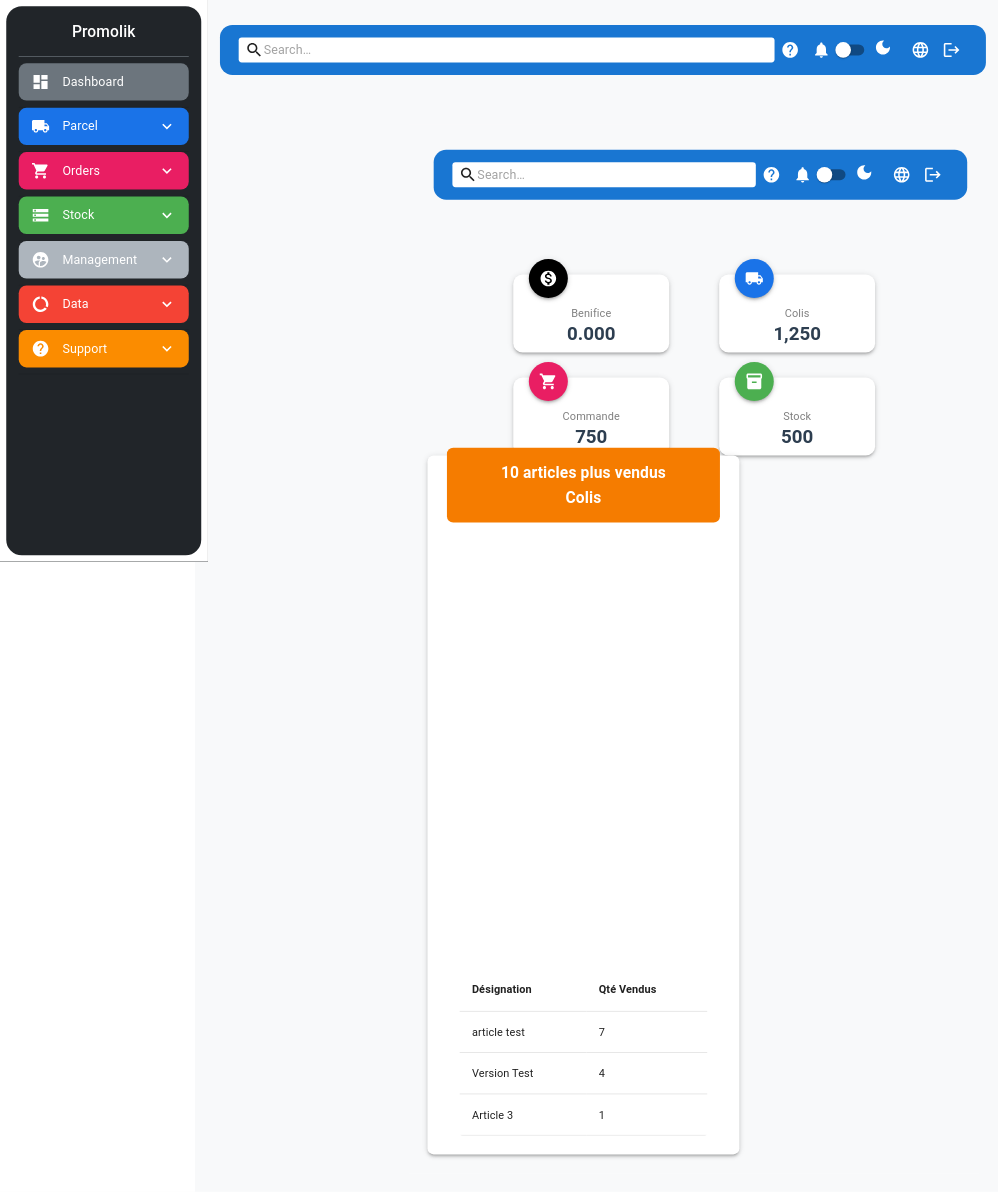
Repository: yosrjdly/stk
Page: /dashboard (app in dashboard/)
An editor plug-in stored every save of this project. The page is shown before and after the next save, followed by the edit.
The browser window is 1280 px wide. The pictures show the whole page, at 78% of full size.
The project was rebuilt for these pictures with package versions that can differ from the ones it lists, and the page was loaded fresh each time. The framework's server and built-in components were replaced by stand-ins that run in the browser. Also part of the build but not shown: dashboard/next.config.ts.

Above is the page before, as saved 2025-02-14 18:25:14.

### dashboard/src/app/dashboard/Layout.tsx
"use client";

import { Box, CssBaseline, Toolbar } from "@mui/material";
import Sidebar from "../../componenets/sidebar/SideBar";
import Navbar from "../../componenets/navbar/Navbar"; // Assuming you have a Navbar component
import { ReactNode } from "react";

interface LayoutProps {
  children: ReactNode;
}

export default function Layout({ children }: LayoutProps) {
  return (
    <Box sx={{ display: "flex" }}>
      <CssBaseline />

      {/* Sidebar (Permanent) */}
      <Sidebar />

      {/* Main Content Area */}
      <Box
        component="main"
        sx={{

          flexGrow: 1,
          p: 3,
          width: `calc(100% - 250px)`, // Adjusting main content width to fit sidebar
          backgroundColor: "#f8f9fa",
          minHeight: "100vh",
        }}
      >
        {/* Navbar */}
        <Navbar />

        {/* Page Content */}
        <Toolbar /> {/* Keeps content from being hidden behind Navbar */}
        {children}
      </Box>
    </Box>
  );
}

### dashboard/src/app/dashboard/page.tsx
import DashboardStats from "@/componenets/cards/smallCard/StatisticCard";
import Layout from "../dashboard/Layout";
import TopSellingCard from "@/componenets/cards/mediumCard/TopSellingCard";

export default function DashboardHome() {
  return (
    <Layout>
    <DashboardStats/>
    <TopSellingCard/>
    </Layout>
  );
}

### dashboard/src/componenets/sidebar/SideBar.tsx
"use client";

import { useState } from "react";
import { useRouter, usePathname } from "next/navigation";
import {
  Drawer,
  List,
  ListItemButton,
  ListItemText,
  Collapse,
  Divider,
  Typography,
  Box,
  IconButton,
} from "@mui/material";
import { ExpandLess, ExpandMore, Brightness4, Brightness7 } from "@mui/icons-material";
import DashboardIcon from '@mui/icons-material/Dashboard';
import LocalShippingIcon from '@mui/icons-material/LocalShipping';
import ShoppingCartIcon from '@mui/icons-material/ShoppingCart';
import StorageIcon from '@mui/icons-material/Storage';
import SupervisedUserCircleIcon from '@mui/icons-material/SupervisedUserCircle';
import DataUsageIcon from '@mui/icons-material/DataUsage';
import HelpIcon from '@mui/icons-material/Help';

const menuItems = [
  {
    title: "Dashboard",
    path: "/dashboard",
    color: "#6c757d",
    icon: <DashboardIcon />,
  },
  {
    title: "Parcel",
    subItems: [
      { title: "Exchange List", path: "/dashboard/parcel/exchangeList" },
      { title: "Exchange Return", path: "/dashboard/parcel/exchangeReturn" },
      { title: "Exchange Creation", path: "/dashboard/parcel/exchangeCreation" },
      { title: "Package Creation", path: "/dashboard/parcel/packageCreation" },
      { title: "Package Edit", path: "/dashboard/parcel/packageEdit" },
      { title: "Package List", path: "/dashboard/parcel/packageList" },
      { title: "Parcel Return", path: "/dashboard/parcel/parcelReturn" },
    ],
    color: "#1a73e8",
    icon: <LocalShippingIcon />,
  },
  {
    title: "Orders",
    subItems: [
      { title: "Cash Sale", path: "/dashboard/orders/cashSale" },
      { title: "Orders", path: "/dashboard/orders/orders" },
    ],
    color: "#e91e63",
    icon: <ShoppingCartIcon />,
  },
  {
    title: "Stock",
    subItems: [
      { title: "Add Article", path: "/dashboard/stock/addArticle" },
      { title: "Entred Stock", path: "/dashboard/stock/entredStock" },
      { title: "Notification", path: "/dashboard/stock/notification" },
      { title: "Stock", path: "/dashboard/stock/stock" },
    ],
    color: "#4caf50",
    icon: <StorageIcon />,
  },
  {
    title: "Management",
    subItems: [
      { title: "Delivery Company", path: "/manegement/deliveryCompany" },
      { title: "Profile", path: "/dashboard/management/profile" },
      { title: "Profit", path: "/dashboard/management/profit" },
      { title: "Spending", path: "/dashboard/management/spending" },
      { title: "User", path: "/dashboard/management/user" },
    ],
    color: "#adb5bd",
    icon: <SupervisedUserCircleIcon />,
  },
  {
    title: "Data",
    subItems: [
      { title: "Archived Parcel", path: "/dashboard/data/archivedParcel" },
      { title: "Command Deleted", path: "/dashboard/data/commandDeleted" },
      { title: "Deleted Parcel", path: "/dashboard/data/deletedParcel" },
      { title: "Inventory Removed", path: "/dashboard/data/inventoryRemoved" },
    ],
    color: "#f44335",
    icon: <DataUsageIcon />,
  },
  {
    title: "Support",
    subItems: [
      { title: "About Us", path: "/dashboard/support/aboutUs" },
      { title: "Claims", path: "/dashboard/support/claims" },
      { title: "User Guide", path: "/dashboard/support/userGuide" },
    ],
    color: "#fb8c00",
    icon: <HelpIcon />,
  },
];

export default function Sidebar() {
  const router = useRouter();
  const pathname = usePathname();
  const [openSections, setOpenSections] = useState<Record<string, boolean>>({});

  const toggleSection = (title: string) => {
    setOpenSections((prev) => ({
      ...prev,
      [title]: !prev[title],
    }));
  };

  return (
    <Drawer variant="permanent" sx={{ width: 250, flexShrink: 0, marginTop: 2 }}>
      <Box sx={{ height: "100%", width: 250, padding: 2, backgroundColor: "#212529", borderRadius: 5, margin: 1 }}>
        <Typography variant="h6" sx={{ color: "white", textAlign: "center", mb: 2 }}>
          Promolik
        </Typography>
        <Divider sx={{ backgroundColor: "#6c757d" }} />
        <List>
          {menuItems.map((item, index) => {
            const isParentActive = item.subItems?.some((subItem) => pathname === subItem.path);

            return (
              <div key={index}>
                {item.subItems ? (
                  <>
                    <ListItemButton
                      sx={{
                        backgroundColor: item.color,
                        borderRadius: "10px",
                        marginBottom: 1,
                        color: "white",
                      }}
                      onClick={() => toggleSection(item.title)}
                    >
                      {item.icon}
                      <ListItemText primary={item.title} sx={{ ml: 2 }} />
                      {openSections[item.title] ? <ExpandLess /> : <ExpandMore />}
                    </ListItemButton>
                    <Collapse in={openSections[item.title]} timeout="auto" unmountOnExit>
                      <List component="div" disablePadding>
                        {item.subItems.map((subItem, subIndex) => (
                          <ListItemButton
                            key={subIndex}
                            sx={{
                              pl: 4,
                              backgroundColor: pathname === subItem.path ? item.color : "transparent",
                              borderRadius: pathname === subItem.path ? "10px" : "0px",
                              marginBottom: 1,
                              color: pathname === subItem.path ? "white" : "#ccc",
                            }}
                            onClick={() => router.push(subItem.path)}
                          >
                            <ListItemText primary={subItem.title} />
                          </ListItemButton>
                        ))}
                      </List>
                    </Collapse>
                  </>
                ) : (
                  <ListItemButton
                    sx={{
                      backgroundColor: pathname === item.path ? item.color : "transparent",
                      borderRadius: pathname === item.path ? "10px" : "0px",
                      marginBottom: 1,
                      color: pathname === item.path ? "white" : "#ccc",
                    }}
                    onClick={() => router.push(item.path)}
                  >
                    {item.icon}
                    <ListItemText primary={item.title} sx={{ ml: 2 }} />
                  </ListItemButton>
                )}
                <Divider />
              </div>
            );
          })}
        </List>
      </Box>
    </Drawer>
  );
}

### dashboard/src/componenets/navbar/Navbar.tsx
'use client';

import React, { useState } from 'react';
import { AppBar, Toolbar, IconButton, InputBase, Menu, MenuItem, Switch, FormControlLabel } from '@mui/material';
import { Search as SearchIcon, Help as HelpIcon, Notifications as NotificationsIcon, Language as LanguageIcon, Logout as LogoutIcon, DarkMode as DarkModeIcon } from '@mui/icons-material';
import { useTheme } from '@mui/material/styles';

const Navbar = () => {
  const [anchorEl, setAnchorEl] = useState(null);
  const [themeMode, setThemeMode] = useState(false); // Dark mode state

  const theme = useTheme();

  const handleMenuOpen = (event) => {
    setAnchorEl(event.currentTarget);
  };

  const handleMenuClose = () => {
    setAnchorEl(null);
  };

  const toggleTheme = () => {
    setThemeMode((prev) => !prev);
    // You can add a theme switcher logic here (like changing the theme color)
  };

  return (
    <AppBar
      position="sticky"
      sx={{
        mx: 1,
        mt: 1,
        borderRadius: '16px',
        boxShadow: 'none',
        backdropFilter: 'blur(10ppx',
        zIndex: 1200,
      }}
    >
      <Toolbar>
        {/* Search Bar */}
        <InputBase
          placeholder="Search…"
          startAdornment={<SearchIcon />}
          sx={{ flexGrow: 1, backgroundColor: theme.palette.background.default, borderRadius: '4px', paddingLeft: '8px' }}
        />

        {/* Help Icon */}
        <IconButton color="inherit" onClick={handleMenuOpen}>
          <HelpIcon />
        </IconButton>

        {/* Notifications Icon */}
        <IconButton color="inherit">
          <NotificationsIcon />
        </IconButton>

        {/* Theme Switch */}
        <FormControlLabel
          control={<Switch checked={themeMode} onChange={toggleTheme} />}
          label={<DarkModeIcon />}
        />

        {/* Language Icon */}
        <IconButton color="inherit">
          <LanguageIcon />
        </IconButton>

        {/* Logout Icon */}
        <IconButton color="inherit">
          <LogoutIcon />
        </IconButton>
      </Toolbar>

      {/* Help Icon Menu */}
      <Menu
        anchorEl={anchorEl}
        open={Boolean(anchorEl)}
        onClose={handleMenuClose}
      >
        <MenuItem onClick={handleMenuClose}>Help Center</MenuItem>
        <MenuItem onClick={handleMenuClose}>Contact Support</MenuItem>
      </Menu>
    </AppBar>
  );
};

export default Navbar;

### dashboard/src/componenets/cards/smallCard/StatisticCard.tsx
'use client';

import React from 'react';
import { Card, CardContent, Typography, Box } from '@mui/material';
import MonetizationOnIcon from '@mui/icons-material/MonetizationOn';
import LocalShippingIcon from '@mui/icons-material/LocalShipping';
import ShoppingCartIcon from '@mui/icons-material/ShoppingCart';
import InventoryIcon from '@mui/icons-material/Inventory';

const StatisticCard = ({
  title,
  value,
  icon,
  bgColor,
}: {
  title: string;
  value: string;
  icon: React.ReactNode;
  bgColor: string;
}) => {
  return (
    <Box sx={{ position: 'relative', display: 'inline-block', mx: 2 }}>
      {/* Floating Icon */}
      <Box
        sx={{
          position: 'absolute',
          top: -20,
          left: 20,
          width: 50,
          height: 50,
          borderRadius: '50%',
          backgroundColor: bgColor,
          display: 'flex',
          alignItems: 'center',
          justifyContent: 'center',
          boxShadow: 3,
        }}
      >
        {icon}
      </Box>

      {/* Card */}
      <Card
        sx={{
          width: 200,
          height: 100,
          borderRadius: 3,
          textAlign: 'center',
          boxShadow: 3,
          backgroundColor: 'white',
          pt: 3,
        }}
      >
        <CardContent>
          <Typography variant="body2" sx={{ color: 'gray' }}>
            {title}
          </Typography>
          <Typography variant="h5" sx={{ fontWeight: 'bold', color: '#2D3E50' }}>
            {value}
          </Typography>
        </CardContent>
      </Card>
    </Box>
  );
};

const DashboardStats = () => {
  const stats = [
    { title: 'Benifice', value: '0.000', icon: <MonetizationOnIcon sx={{ color: 'white' }} />, bgColor: 'black' },
    { title: 'Colis', value: '1,250', icon: <LocalShippingIcon sx={{ color: 'white' }} />, bgColor: '#1a73e8' },
    { title: 'Commande', value: '750', icon: <ShoppingCartIcon sx={{ color: 'white' }} />, bgColor: '#e91e63' },
    { title: 'Stock', value: '500', icon: <InventoryIcon sx={{ color: 'white' }} />, bgColor: '#4caf50' },
  ];

  return (
    <Box display="flex" justifyContent="center" gap={4} flexWrap="wrap" mt={4}>
      {stats.map((stat, index) => (
        <StatisticCard key={index} title={stat.title} value={stat.value} icon={stat.icon} bgColor={stat.bgColor} />
      ))}
    </Box>
  );
};

export default DashboardStats;

### dashboard/src/componenets/cards/mediumCard/TopSellingCard.tsx
"use client";

import { Card, CardContent, Typography, Table, TableBody, TableCell, TableContainer, TableHead, TableRow, Paper, Box } from "@mui/material";

const data = [
  { name: "article test", quantity: 7 },
  { name: "Version Test", quantity: 4 },
  { name: "Article 3", quantity: 1 },
];

const TopSellingCard = () => {
  return (
    <Card sx={{ width: 400, borderRadius: 2, boxShadow: 3, overflow: "visible", display: "flex", flexDirection: "column", alignItems: "center", justifyContent: "center", position: "relative" }}>
      <CardContent sx={{ backgroundColor: "#f57c00", color: "white", textAlign: "center", padding: 2, width: 350, position: "absolute", top: -10,borderRadius: 2 }}>
        <Typography variant="h6" fontWeight="bold">
          10 articles plus vendus
        </Typography>
        <Typography variant="h6" fontWeight="bold">
          Colis
        </Typography>
      </CardContent>
      <CardContent sx={{ width: 350, marginTop: 80 }}>
        <TableContainer component={Paper} elevation={0} sx={{ boxShadow: "none" }}>
          <Table>
            <TableHead>
              <TableRow>
                <TableCell sx={{ fontWeight: "bold" }}>Désignation</TableCell>
                <TableCell sx={{ fontWeight: "bold" }}>Qté Vendus</TableCell>
              </TableRow>
            </TableHead>
            <TableBody>
              {data.map((item, index) => (
                <TableRow key={index}>
                  <TableCell>{item.name}</TableCell>
                  <TableCell>{item.quantity}</TableCell>
                </TableRow>
              ))}
            </TableBody>
          </Table>
        </TableContainer>
      </CardContent>
    </Card>
  );
};

export default TopSellingCard;

Loaded but not shown: dashboard/src/app/layout.tsx (common file); dashboard/src/app/globals.css (common file)

After the next save:
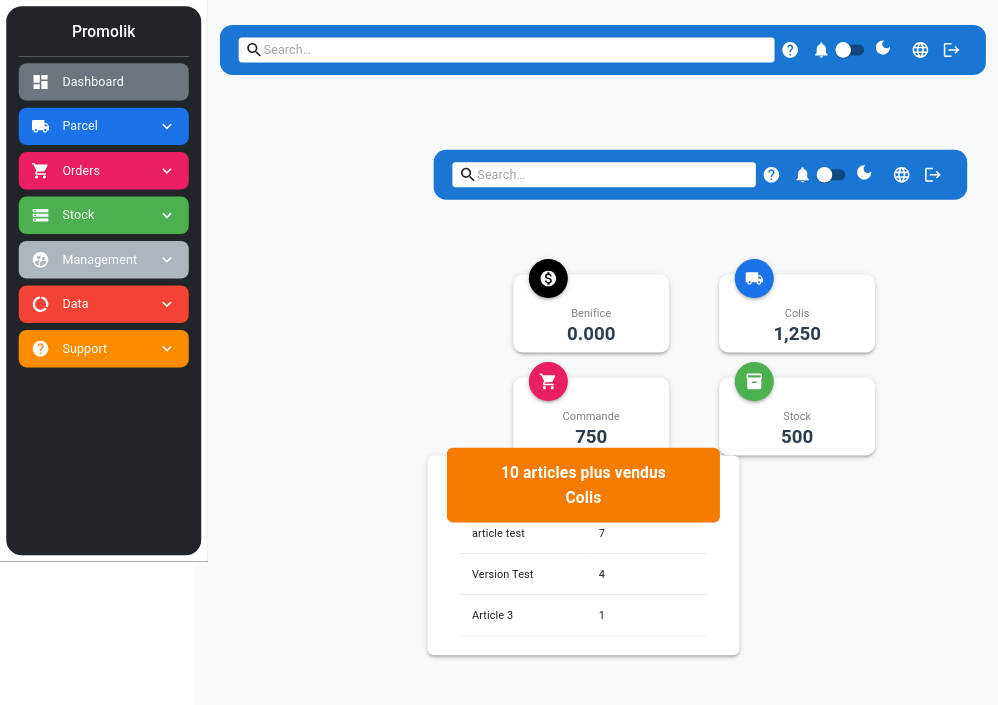
Saved 27 s later.
--- a/dashboard/src/componenets/cards/mediumCard/TopSellingCard.tsx
+++ b/dashboard/src/componenets/cards/mediumCard/TopSellingCard.tsx
@@ -19,7 +19,7 @@ const TopSellingCard = () => {
           Colis
         </Typography>
       </CardContent>
-      <CardContent sx={{ width: 350, marginTop: 80 }}>
+      <CardContent sx={{ width: 350 }}>
         <TableContainer component={Paper} elevation={0} sx={{ boxShadow: "none" }}>
           <Table>
             <TableHead>
